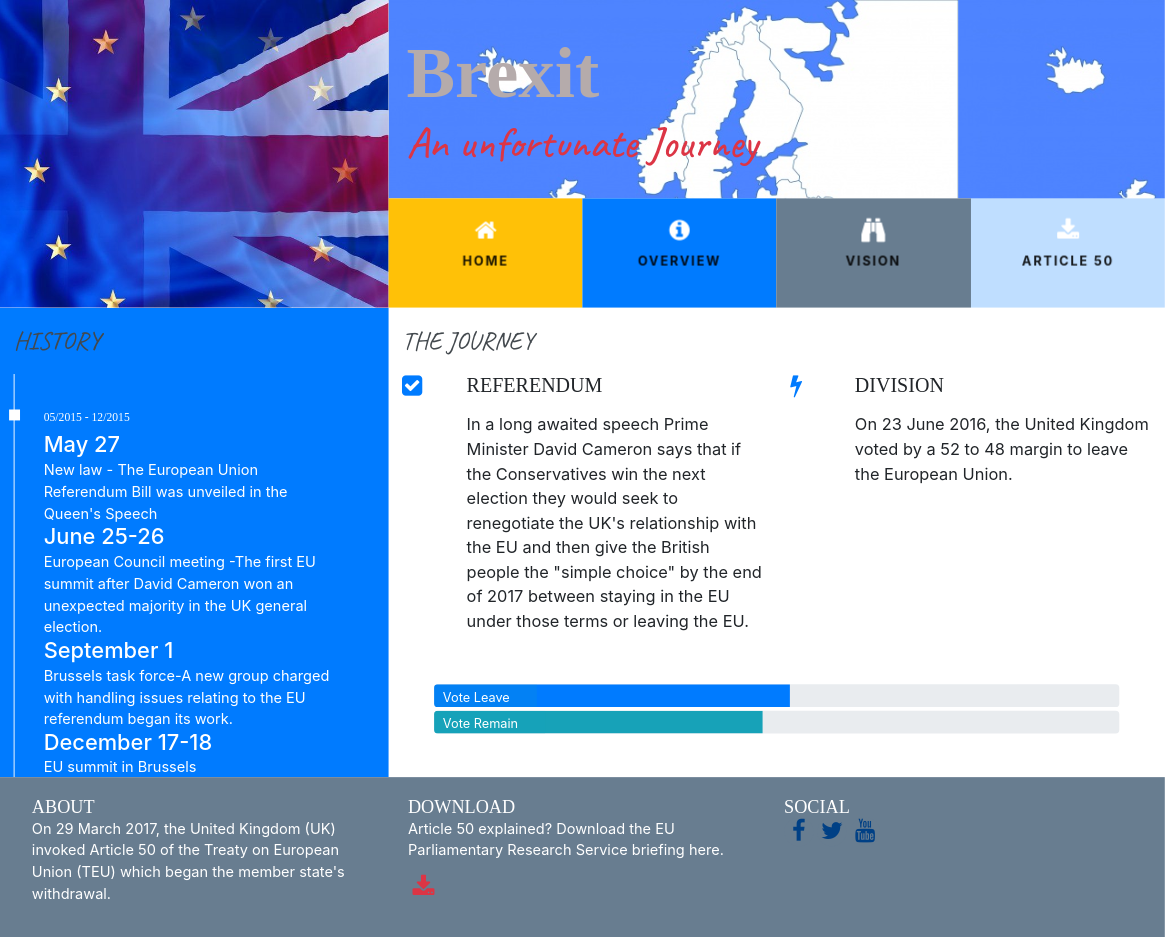
Repository: isiko1/Milestone_Project_One
Page: overview.html
The author's editor kept a record of every edit. The page is drawn from the files as they stood at one moment, then again after the next edit.
The browser window is 1280 px wide. The pictures show the whole page, at 91% of full size.
Some web fonts or font styles are not loaded; a fallback is used.

Above is the page before.

### overview.html
<!DOCTYPE html>
<html lang="en">

<head>
    <meta charset="UTF-8">
    <meta name="viewport" content="width=device-width, initial-scale=1.0">
    <meta http-equiv="X-UA-Compatible" content="ie=edge">
    <link rel="stylesheet" href="https://stackpath.bootstrapcdn.com/bootstrap/4.3.1/css/bootstrap.min.css" type="text/css" />
    <link rel="stylesheet" href="https://stackpath.bootstrapcdn.com/font-awesome/4.7.0/css/font-awesome.min.css" type="text/css" />
    <link rel="stylesheet" href="https://cdnjs.cloudflare.com/ajax/libs/hover.css/2.3.1/css/hover-min.css" type="text/css" />
    <link rel="stylesheet" href="info/css/style.css" type="text/css" />
    <title>Brexit - An unfortunate Journey</title>
</head>

<body>
    <header>
        <div class="row no-gutters">
            <a href="index.html" class="col-md-4 logo-euk">
            </a>
            <div class="col-md-8">
                <div class="row no-gutters bg-color-name-title">
                    <div class="col heading">
                        <h1 class="title">Brexit</h1>
                        <h3 class="subtitle">An unfortunate Journey</h3>
                    </div>
                </div>
                <div class="row no-gutters">
                    <div class="col">
                        <ul id="nav" class="list-inline menucontainer">
                            <li class="col-6 col-sm-3 menu-color-home list-inline-item menu-item">
                                <a href="#" class="hvr-sweep-to-right"><i class="fa fa-home" aria-hidden="true"></i><span>Home</span></a>
                            </li>
                            <li class="col-6 col-sm-3 menu-color-overview list-inline-item menu-item">
                                <a href="#" class="hvr-sweep-to-right"><i class="fa fa-info-circle" aria-hidden="true"></i><span>Overview</span></a>
                            </li>
                            <li class="col-6 col-sm-3 menu-color-vision list-inline-item menu-item">
                                <a href="#" class="hvr-sweep-to-right"><i class="fa fa-binoculars" aria-hidden="true"></i><span>Vision</span></a>
                            </li>
                            <li class="col-6 col-sm-3 menu-color-article list-inline-item menu-item">
                                <a href="#" class="hvr-sweep-to-right"><i class="fa fa-download" aria-hidden="true"></i><span>Article 50</span></a>
                            </li>
                        </ul>
                    </div>
                </div>
            </div>
            <div>
            </div>
    </header>
    <section class="container-fluid">
        <div class="row">
            <div class="col-md-4 bg-color-history section-column">
                <div class="row">
                    <div class="col-12 ">
                        <h3 class="section-heading uppercase ">History</h3>
                    </div>
                </div>
                <div class="timeline-item" data-dates="05/2015 - 12/2015">
                    <h4>May 27</h4>
                    <P>New law - The European Union Referendum Bill was unveiled in the Queen's Speech</P>
                    <h4>June 25-26</h4>
                    <p>European Council meeting -The first EU summit after David Cameron won an unexpected majority in the UK general election.</p>
                    <h4>September 1</h4>
                    <P>Brussels task force-A new group charged with handling issues relating to the EU referendum began its work.</P>
                    <h4>December 17-18</h4>
                    <P>EU summit in Brussels</P>
                </div>
            </div>
            <div class="col-md-8 bg-color-members section-column ">
                <div class="row">
                    <div class="col ">
                        <h3 class="section-heading uppercase">The Journey</h3>
                    </div>
                </div>
                <div class="row">
                    <div class="col-10 offset-1 offset-sm-0 col-sm-4 col-md-6">
                        <div class="row">
                            <div class="col-2">
                                <i class="members-icon fa fa-check-square" aria-hidden="true"></i>
                            </div>
                            <div class="col-10">
                                <h4 class="members-heading uppercase ">Referendum</h4>
                                <p class="paragraph-contents ">In a long awaited speech Prime Minister David Cameron says that if the Conservatives win the next election they would seek to renegotiate the UK's relationship with the EU and then give the British people the "simple choice" by the end of 2017 between staying in the EU under those terms or leaving the EU.</p>
                            </div>
                        </div>
                    </div>
                    <div class="col-10 offset-1 offset-sm-0 col-sm-4 col-md-6">
                        <div class="row">
                            <div class="col-2 ">
                                <i class="members-icon fa fa-bolt" aria-hidden="true"></i>
                            </div>
                            <div class="col-10">
                                <h4 class="members-heading uppercase">Division</h4>
                                <p class="paragraph-contents">On 23 June 2016, the United Kingdom voted by a 52 to 48 margin to leave the European Union.</p>
                            </div>
                        </div>
                    </div>
                </div>
                <div class="row progress-section">
                    <div class="col">
                        <div class="progress">
                            <div class="progress-bar" role="progressbar" aria-valuenow="52" aria-valuemin="0" aria-valuemax="100" style="width:52%;">
                                <span class="sr-only">52% complete</span>
                            </div>
                            <span class="progress-type">Vote Leave</span>
                        </div>
                       <div class="progress">
                            <div class="progress-bar bg-info" role="progressbar" aria-valuenow="48" aria-valuemin="0" aria-valuemax="100" style="width:48%;">
                            <span class="sr-only">48% complete</span>
                        </div>
                        <span class="progress-type">Vote Remain</span>
                    </div>
                       </div>
                </div>
            </div>
    </section>
    <footer class="container-fluid">
        <div id="footer-details" class="row">
            <div class="col-sm-4">
                <h5 class="uppercase general">About</h5>
                <p class="inline-block">On 29 March 2017, the United Kingdom (UK) invoked Article 50 of the Treaty on European Union (TEU) which began the member state's withdrawal.</p>
            </div>

            <div class="col-sm-4">
                <h5 class="uppercase general">Download</h5>
                <p class="inline-block">Article 50 explained? Download the EU Parliamentary Research Service briefing here.</p>
                <a href="" target="_blank" class="art-pdf">
            <i class="fa fa-download" aria-hidden="true"></i>
            <span class="sr-only">Download link.</span>
            </a>
            </div>
            <div class="col-sm-4">
                <h5 class="uppercase general">Social</h5>
                <ul class="list-inline social-links">
                    <li class="list-inline-item">
                        <a target="_blank" href="#">
                        <i class="fa fa-facebook" aria-hidden="true"></i>
                        <span class="sr-only">Facebook</span>
                    </a>
                    </li>
                    <li class="list-inline-item">
                        <a target="_blank" href="#">
                        <i class="fa fa-twitter" aria-hidden="true"></i>
                        <span class="sr-only">Twitter</span>
                        </a>
                    </li>
                    <li class="list-inline-item">
                        <a target="_blank" href="#">
                        <i class="fa fa-youtube" aria-hidden="true"></i>
                        <span class="sr-only">YouTube</span>
                        </a>
                    </li>
                </ul>
            </div>
        </div>
    </footer>
</body>

</html>

### info/css/style.css
@import url('https://fonts.googleapis.com/css?family=Caveat:100,200,300,400,500,600,700|Tinos,100,200,300,400,500,600,700');

/*---------Style---------------------------------------------*/

h1,
h2,
h3,
h4,
h5 {
    margin: 0;
}

.uppercase {
    text-transform: uppercase;
}

.general {
    font-family: "Tinos", sans-serif;
    color: #fff;
}

.institutions-item {
    font-size: 26px;
    font-weight: 300;
}

/*................backgoundcolor*/

.bg-color-institutions {
    background-color: #ced2d6;
}

.bg-color-history {
    background-color: #007bff;
}

.bg-color-name-title {
    background-image: url("../images/europe.jpg")
}

.menu-color-home {
    background-color: #ffc107;
}

.menu-color-overview {
    background-color: #007bff;
}

.menu-color-vision {
    background-color: #687d90;
}

.menu-color-article {
    background-color: rgba(0, 123, 255, .25);
}

.bg-pic {
    background-image: url("../images/pm.jpg")
}

/*-------------------Header-----------------*/

header {
    margin: 0;
}

.logo {
    background-image: url("../images/eu.jpg");
    background-position: center;
    background-repeat: no-repeat;
    background-size: cover;
    min-height: 120px;
    transition: all .5s ease-in-out;
    -moz-transition: all .5s ease-in-out;
    -o-transition: all .5s ease-in-out;
    -webkit-transition: all .5s ease-in-out;
}

.logo-uk {
    background-image: url("../images/uk.jpg");
    background-position: center;
    background-repeat: no-repeat;
    background-size: cover;
    min-height: 120px;
    transition: all .5s ease-in-out;
    -moz-transition: all .5s ease-in-out;
    -o-transition: all .5s ease-in-out;
    -webkit-transition: all .5s ease-in-out;

}

.logo-euk {
    background-image: url("../images/flag.jpg");
    background-position: center;
    background-repeat: no-repeat;
    background-size: cover;
    min-height: 120px;
    transition: all .5s ease-in-out;
    -moz-transition: all .5s ease-in-out;
    -o-transition: all .5s ease-in-out;
    -webkit-transition: all .5s ease-in-out;

}

.title {
    font-family: Tinos, sans-serif;
    font-weight: 600;
    font-size: 5rem;
    margin-top: 2rem;
    color: #b5abab;
    padding-left: 20px;
}


.subtitle {
    font-family: Caveat, sans-serif;
    font-weight: 500;
    font-size: 3rem;
    margin-bottom: 2rem;
    color: #dc3545;
    padding-left: 20px;
}

.list-inline-item:not(:last-child) {
    margin: 0;
}

/*---------------Menu Items-----------------*/

.menucontainer {
    font-size: 0;
}

#nav {
    margin: 0;
}

#nav li {
    font-size: 14px;
}

.menu-item {
    height: 120px;
    text-align: center;
    padding: 0;
}

.menu-item a {
    width: 100%;
    text-decoration: none;
    color: #fff;
    height: 120px;
}

.menu-item a i {
    padding-top: 22px;
    display: block;
    font-size: 26px;
}

.menu-item span {
    display: block;
    width: 100%;
    text-align: center;
    padding-top: 10px;
    text-transform: uppercase;
    letter-spacing: 2px;
    color: rgba(0, 0, 0, .9);
    font-weight: bold
}

.section-heading {
    margin-top: 20px;
    margin-bottom: 20px;
    font-family: "Caveat", sans-serif;
    font-weight: 300;
    color: #43494e;
}

.members-heading {
    font-family: "Tinos", sans-serif;
    font-size: 22px;
    margin-bottom: 15px;

}

.paragraph-contents {
    font-size: 18px;
}

/*------------------------------------hover/footer-----*/

.hvr-sweep-to-right:before {
    background-color: #9fecb1;
    transition-timing-function: ease-in;
    transition-delay: 0.1s;
}

footer {
    background-color: #687d90;
    min-height: 120px;
    color: #fff;
    margin: 0;
}

.art-pdf i {
    font-size: 26px;
    color: #dc3545;
    text-align: center;
    padding-left: 5px;
    -moz-transition: all 0.35s ease-in-out;
    -webkit-transition: all 0.35s ease-in-out;
    -o-transition: all 0.35s ease-in-out;
}

.art-pdf i:hover {
    color: rgba(0, 123, 255, .25);
}

.social-links {
    padding-bottom: 15px;
}

.social-links li a i {
    width: 32px;
    height: 32px;
    padding: 12px 0;
    border-radius: 50%;
    font-size: 26px;
    line-height: 7px;
    text-align: center;
    color: #004085;
    background-color: #687d90;
    -moz-transition: all 0.35s ease-in-out;
    -webkit-transition: all 0.35s ease-in-out;
    -o-transition: all 0.35s ease-in-out;

}

.social-links li a i:hover {
    background: #dc3545;
}

#footer-details {
    padding: 20px;

}

/*--------------------Members----------*/

.members-icon {
    font-size: 26px;
    color: #007bff;
}

/*--------------------Votes----------*/

.progress {
    position: relative;
    height: 25px;
    margin-bottom: 4px;

}

.progress-type {
    position: absolute;
    left: 0px;
    font-size: 14px;
    font-weight: 400;
    padding: 3px 30px 2px 10px;
    color: #fff;
    background-color: #17a2b829;
}

.progress-section {
    margin: 40px 20px;
}

.timeline-item {
    padding: 4em 2em 0em 2em;
    position: relative;
    color: #fff;
    border-left: 1px solid;
}

.timeline-item p {
    padding: 0;
    margin: 0;
}

.timeline-item:before {
    content: attr(data-dates);
    position: absolute;
    left: 2.5em;
    top: 3em;
    display: block;
    font-family: "Tinos", sans-serif;
    font-weight: 500;
    font-size: 0.8em;
    padding: 0;
    margin: 0;
}
.timeline-item:after {
    width: 12px;
    height: 12px;
    display: block;
    top: 2.4em;
    position: absolute;
    left: -6px;
    border-radius: 12p;
    content: " ";
    background-color: #fff;
}

After the next edit:
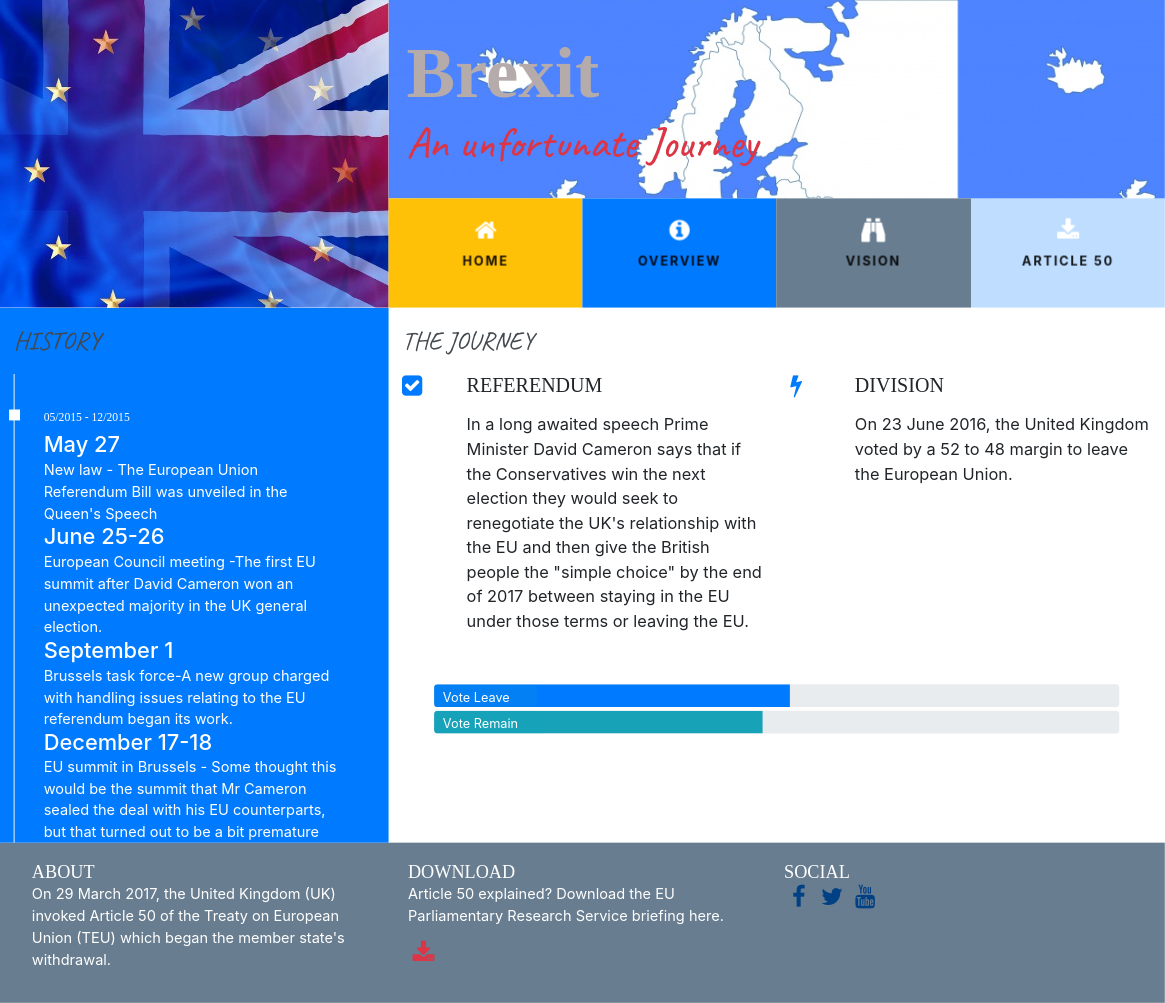
The edit:
--- a/overview.html
+++ b/overview.html
@@ -62,7 +62,7 @@
                     <h4>September 1</h4>
                     <P>Brussels task force-A new group charged with handling issues relating to the EU referendum began its work.</P>
                     <h4>December 17-18</h4>
-                    <P>EU summit in Brussels</P>
+                    <P>EU summit in Brussels - Some thought this would be the summit that Mr Cameron sealed the deal with his EU counterparts, but that turned out to be a bit premature</P>
                 </div>
             </div>
             <div class="col-md-8 bg-color-members section-column ">
